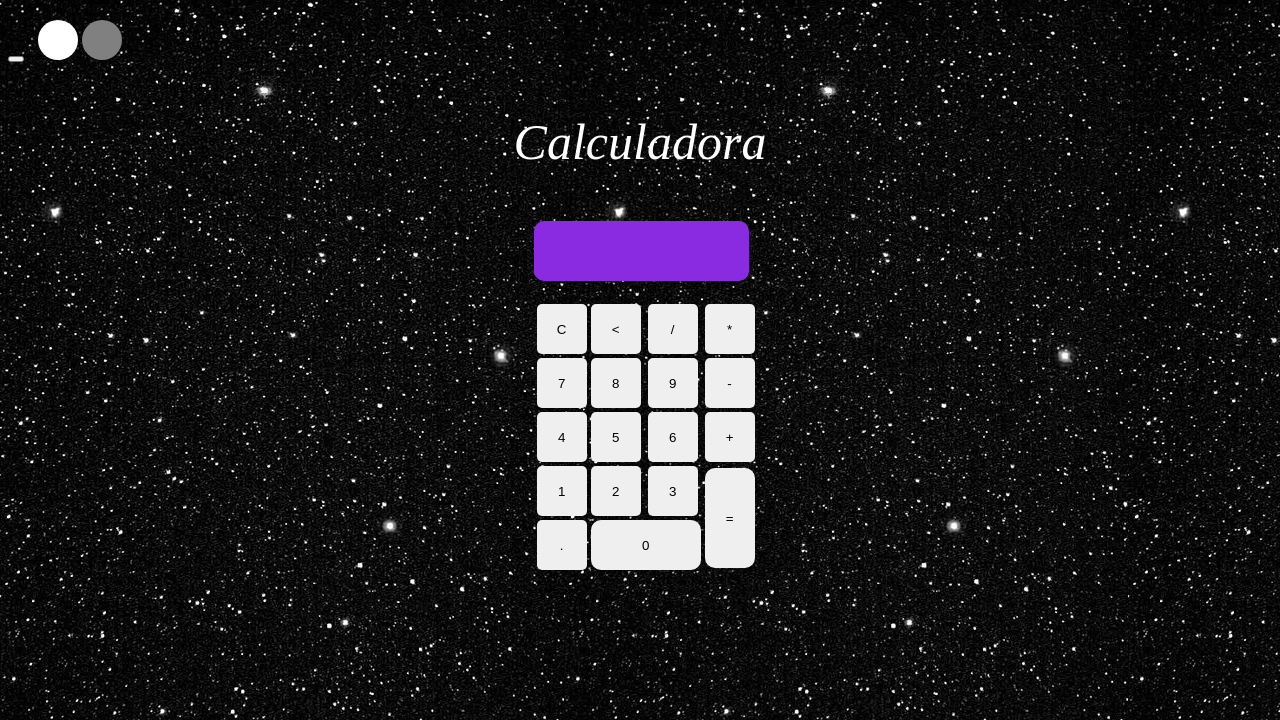
Repository: mariele-huff/calculadora
Page: index.html
The author's editor kept a copy of each file at every save. The page is drawn from the files as they stood at one save, then again after the next save.
The browser window is 1280 px wide. The pictures show the whole page.

Above is the page before, as saved 2022-08-14 21:15:19.

### index.html
<!DOCTYPE html>
<html lang="pt-br">

<head>
    <meta charset="UTF-8">
    <meta http-equiv="X-UA-Compatible" content="IE=edge">
    <meta name="viewport" content="width=device-width, initial-scale=1.0">
    <link rel="stylesheet" href="style.css">
    <script src="index.js">

    </script>
    <title>Calculadora</title>
</head>

<body>
    <div class="cores">
    <button class="corP"onclick="mudaCorP()"></button>
    <button class="corB"onclick="mudaCorB()"></button>
    <button class="corC"onclick="mudaCorC()"></button>
    <button class="corG"onclick="mudaCorG()"></button>
    </div>
    <div class="calculadora">
        <p id="titulo" class="titulo">Calculadora</p>
        <div id="resultado">  </div>
        <table>
            <tr>

                <td><button class="botao" onclick="limpar()">C</button></td>
                <td><button class="botao" onclick="voltar()"><</button>
                </td>
                <td><button class="botao" onclick="acrescenta('/')">/</button></td>
                <td><button class="botao" onclick="acrescenta('*')">*</button></td>
            </tr>
            <tr>
                <td><button class="botao" onclick="acrescenta('7')">7</button></td>
                <td><button class="botao" onclick="acrescenta('8')">8</button></td>
                <td><button class="botao" onclick="acrescenta('9')">9</button></td>
                <td><button class="botao" onclick="acrescenta('-')">-</button></td>
            </tr>
            <tr>
                <td><button class="botao" onclick="acrescenta('4')">4</button></td>
                <td><button class="botao" onclick="acrescenta('5')">5</button></td>
                <td><button class="botao" onclick="acrescenta('6')">6</button></td>
                <td><button class="botao" button onclick="acrescenta('+'), calcular()" >+</button>
                </td>
            </tr>
            <tr>
                <td><button class="botao" onclick="acrescenta('1')">1</button></td>
                <td><button class="botao" onclick="acrescenta('2')">2</button></td>
                <td><button class="botao" onclick="acrescenta('3')">3</button></td>
                <td rowspan="2"><button class="botao2" onclick="calcular()">=</button></td>
            </tr>
            <tr>

                <td> <button class="botao" onclick="acrescenta('.')">.</button></td>
                <td colspan="2"><button class="botao1" onclick="acrescenta('0')">0</button></td>
            </tr>
        </table>
    </div>

</body>

</html>

### style.css
body {
    background-image: url("img/fundo.jpg")
}

.titulo {
    color: white;
    text-align: center;
    font-size: 50px;
    font-style: italic;
}

.calculadora {
    width: 250px;
    height: 400px;
    margin-left: 40%;
    border: 5px black;
    border-radius: 10px;

}

.botao {
    height: 50px;
    width: 50px;
    border-width: inherit;
    border-radius: 5px;
    text-align: center;
}

.botao:hover {
    border-width: 2px;
    border-color: blueviolet;

}

.botao1:hover {
    border-width: 2px;
    border-color: blueviolet;

}

.botao2:hover {
    background-color: blueviolet;
    color:wheat;
}

.botao1 {
    height: 50px;
    width: 110px;
    border-radius: 10px;
    border-width: inherit;

}

.botao2 {
    height: 100px;
    width: 50px;
    border-radius: 10px;
    border-width: inherit;

}

#resultado {
    background-color: blueviolet;
    height: 60px;
    width: 215px;
    border-radius: 10px;
    border-width: 10px;
    border-color: blueviolet;
    color: white;
    font-size: 50px;
    margin-left: 20px;
    text-align: right;


}

table {
    margin-left: 20px;
    margin-top: 20px;
}
.cores{
    width: 100%;
    margin-top: 20px;

}
.corB{
   margin-left: 10px;
    border-radius: 100%;
    border: thin;
    height: 40px;
    width: 40px;
    background-color: black;
    color:white

}

.corB{
    border-radius: 100%;
    border: thin;
    height: 40px;
    width: 40px;
    background-color: white;
    color:black

}

.corC{
    border-radius: 100%;
    border: thin;
    height: 40px;
    width: 40px;
    background-color:grey;
    color:white
}
.corG{
    border-radius: 100%;
    border: thin;
    height: 40px;
    width: 40px;
    background-image: url('img/fundo.jpg');
    color:white

}

### index.js

let acrescenta = (num) => {
    let numero = document.querySelector('#resultado').innerHTML
    document.querySelector('#resultado').innerHTML = numero + num
}
let limpar = () => {
    let resultado = document.querySelector('#resultado')
    resultado.innerHTML = " "
}

let voltar = () => {
    let resultado = document.querySelector('#resultado').innerHTML
    document.querySelector('#resultado').innerHTML = resultado.substring(0, resultado.length - 1)

}

let calcular = () => {

    let resultado = document.querySelector('#resultado').innerHTML
    if (resultado) {
        let aresult = document.querySelector('#resultado').innerHTML = eval(resultado)

    }
}
let mudaCorP= () => {
    document.body.style.background = 'black'
    document.getElementById('titulo').style.color = 'white'



}
let mudaCorB = () => {
    document.body.style.background = 'white'
    document.getElementById('titulo').style.color = 'black'
}
let mudaCorC = () => {
    document.body.style.background = 'grey'
    document.getElementById('titulo').style.color = 'black'
}
let mudaCorG = () => {
    document.body.style.backgroundImage = "url('img/fundo.jpg')"
    document.getElementById('titulo').style.color = 'white'
}



let historico = () => {

    let hist = document.createElement('div')
    hist.style.width = '300px'
    hist.style.height = '300px'
    hist.style.marginLeft = '37%'
    hist.style.marginTop = '100px'
    hist.style.background = 'white'

    document.body.appendChild(hist)



}

After the next save:
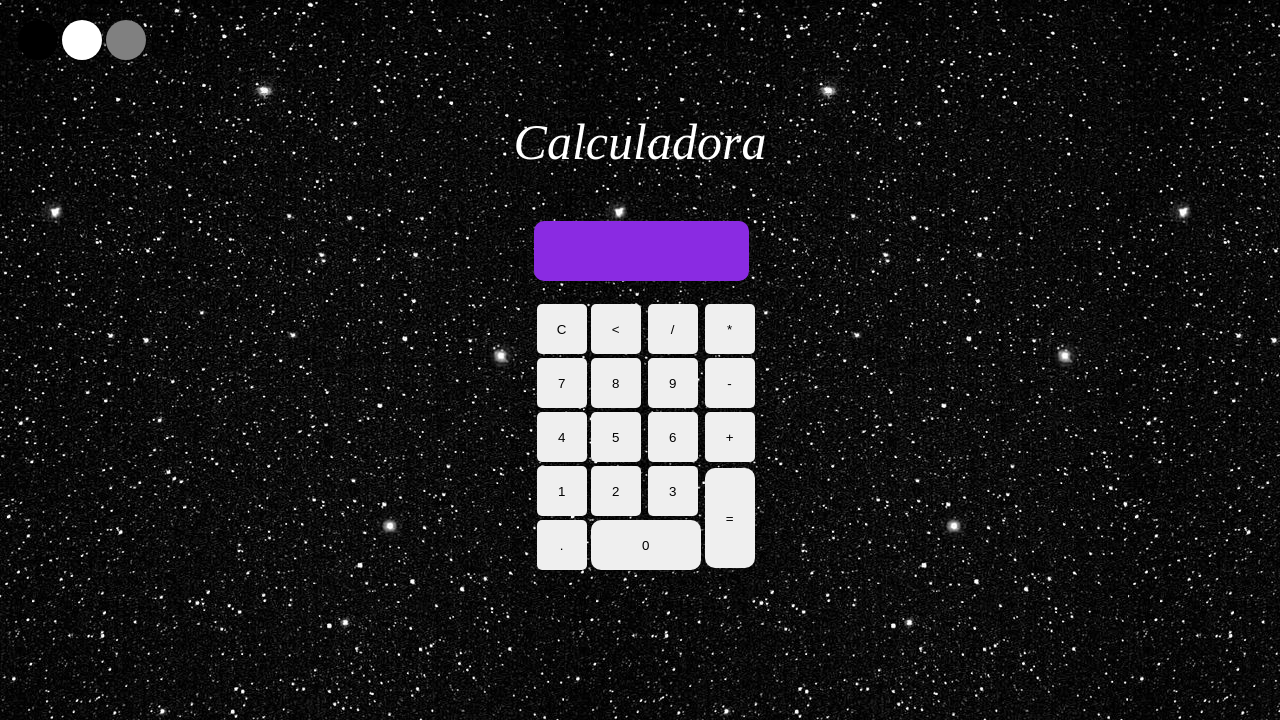
Saved 22 s later.
--- a/style.css
+++ b/style.css
@@ -83,7 +83,7 @@ table {
     margin-top: 20px;
 
 }
-.corB{
+.corP{
    margin-left: 10px;
     border-radius: 100%;
     border: thin;
